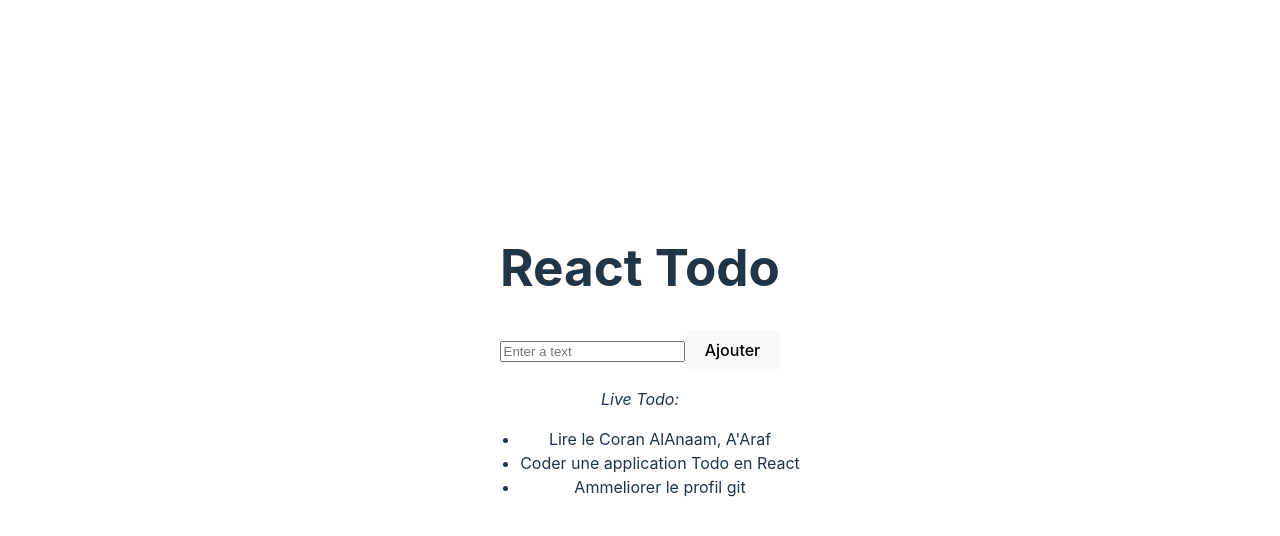
Repository: feyroozecode/React-Todo
Page: /
The author's editor kept a copy of each file at every save. The page is drawn from the files as they stood at one save, then again after the next save.
The browser window is 1280 px wide. The pictures show the whole page.
The project was rebuilt for these pictures with package versions that can differ from the ones it lists, and the page was loaded fresh each time. Also part of the build but not shown: vite.config.js.

Above is the page before, as saved 2023-09-21 11:22:40.

### src/App.jsx
import { useState }   from 'react'
import { v4 as uuidv4 } from 'uuid'
import './App.css'

export default function App() {

  const initialList = [
      { id: 1, text: 'Lire le Coran AlAnaam, A\'Araf ' },
      { id: 2, text: 'Coder une application Todo en React' },
      { id: 3, text: 'Ammeliorer le profil git ',  }
    ]

  const [todos, setTodos] = useState(initialList)
  const [input, setInput] = useState('')

  const handleInputChange = (e) => handleChange={e}


  function handleChange(event) {
    setInput(event.target.value);
  }

  function handleAdd() {
    const item = todos.concat({ input, id: uuidv4() })

    setTodos(item)

    setInput('')
  }

  return (
    <>
      <div>
        <center> <h1> React Todo </h1> </center>
      </div>

      <div>
        <input
            type="text"
            placeholder='Enter a text'
            value={input}
            onChange={handleInputChange}
            />
        <button
          onClick={handleAdd}
          type="button"
          >Ajouter</button>
         <p>
          <i>Live Todo: </i> <strong> { input } </strong>
        </p>

          <ul>
          {
            todos.map((item => (
              <li key={item.id}> { item.text } </li>
            )))
          }
     </ul>
      </div>



    </>
  )
}

Loaded but not shown: index.html (common file); src/main.jsx (common file); src/index.css (common file); src/App.css (common file)

After the next save:
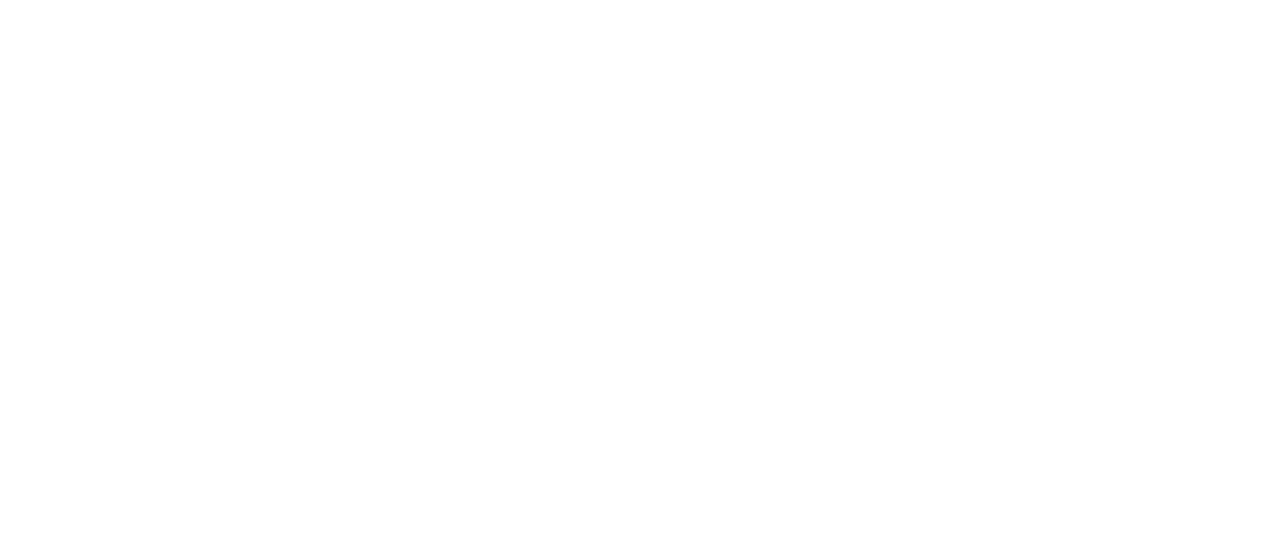
Console error: ReferenceError: handleInputChange is not defined
Saved 4 s later.
--- a/src/App.jsx
+++ b/src/App.jsx
@@ -13,7 +13,7 @@
   const [todos, setTodos] = useState(initialList)
   const [input, setInput] = useState('')
 
-  const handleInputChange = (e) => handleChange={e}
+  //const handleInputChange = (e) => handleChange={e}
 
 
   function handleChange(event) {

After the save that followed:
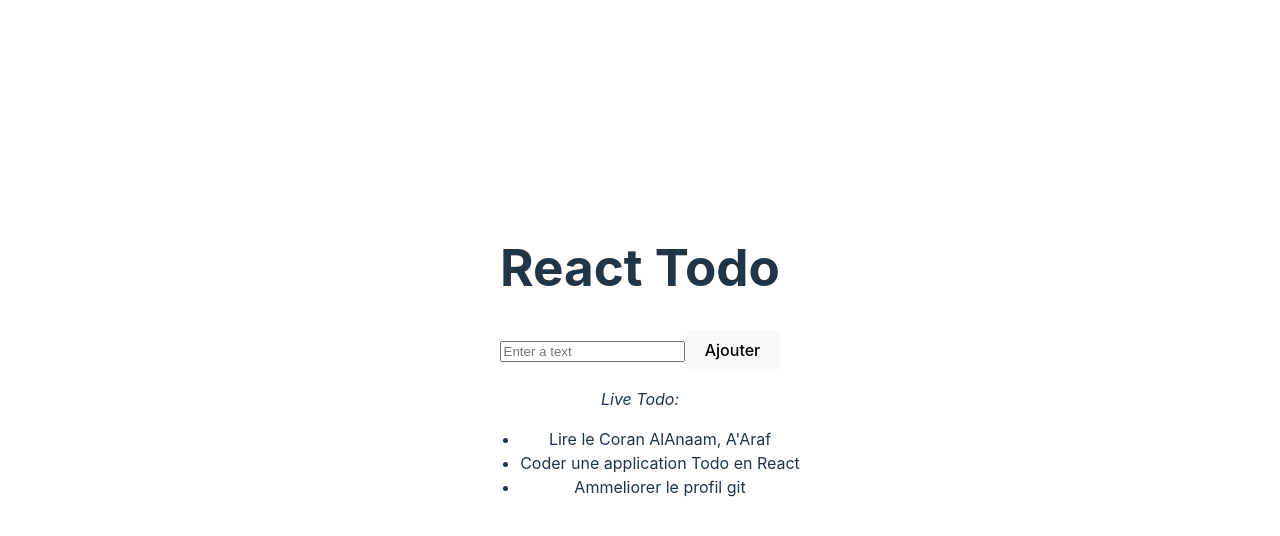
The error is gone.
Saved 5 s later.
--- a/src/App.jsx
+++ b/src/App.jsx
@@ -39,7 +39,7 @@
             type="text"
             placeholder='Enter a text'
             value={input}
-            onChange={handleInputChange}
+            onChange={handleChange}
             />
         <button
           onClick={handleAdd}
